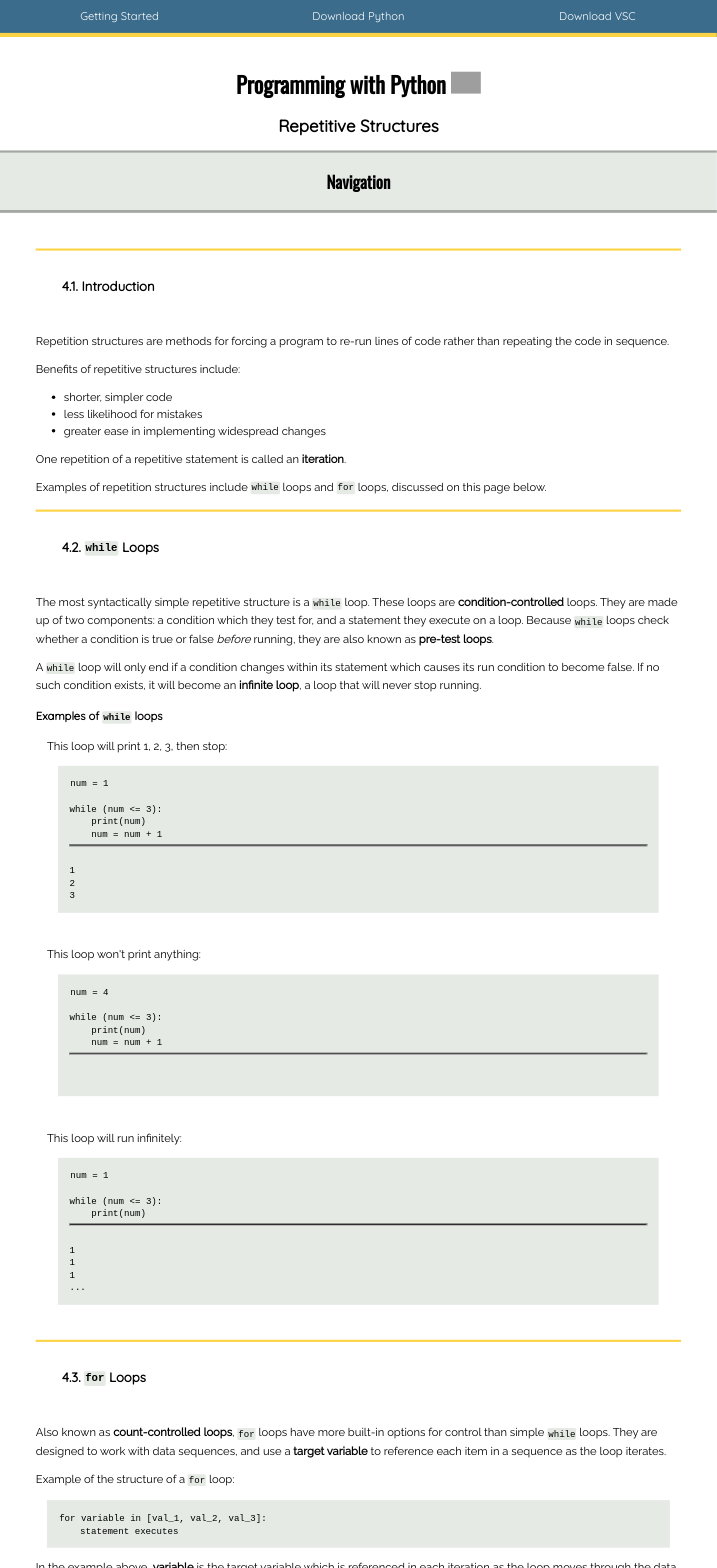
Repository: emnharris/FreeCodeCampChallenges
Page: responsive-web-design/technical-documentation-page/python-tutorial.html
An editor plug-in stored every save of this project. The page is shown before and after the next save, followed by the edit.
The browser window is 1024 px wide. The pictures show the part of the page from y = 0 to 2240 px (the page is 5917 px tall before and 5655 px after), at 70% of full size.
Pictures or frames that could not be fetched are drawn as grey boxes.

Above is the page before, as saved 2020-04-18 00:46:06.

### responsive-web-design/technical-documentation-page/python-tutorial.html
<!DOCTYPE html>
<html>
    <head>
        <!--Import fonts-->
        <link href="https://fonts.googleapis.com/css2?family=Oswald&family=Quicksand&family=Raleway&display=swap" rel="stylesheet">

        <!--Import stylesheet-->
        <link rel="stylesheet" type="text/css" href="python-tutorial.css">
    </head>

    <body>
        <title>
            Programming with Python: Repetition Structures
        </title>
        <navbar id="navbar">
            <h2><a href="https://github.com/emnharris/COSC-1336/wiki">Getting Started</a></h2>
            <h2><a href="https://www.python.org/downloads/" target="_blank">Download Python</a></h2>
            <h2><a href="https://code.visualstudio.com/download" target="_blank">Download VSC</a></h2>
        </navbar>
        <div class="sidebar" id="sidebar">
            <h2 class="nav-header">Navigation</h2>
            <h3><a href="#4.1">4.1. Introduction</a></h3>
            <h3><a href="#4.2">4.2. <code>while</code> Loops</a></h3>
            <h3><a href="#4.3">4.3. <code>for</code> Loops</a></h3>
            <h3><a href="#4.4">4.4. Running Totals</a></h3>
            <h3><a href="#4.5">4.5. Sentinels</a></h3>
            <h3><a href="#4.6">4.6. Input Validation Loops</a></h3>
            <h3><a href="#4.7">4.7. Nested Loops</a></h3>
            <button onclick="window.location.href = 'https://github.com/emnharris/COSC-1336/wiki/3.-Decision-Structures-and-Boolean-Logic';">&larr; Previous Lesson</button>
            <p><button onclick="window.location.href = 'https://github.com/emnharris/COSC-1336/wiki/5.-Functions';">&rarr; Next Lesson</button></p>
        </div>
        <header>
            <h1>Programming with Python
            <img src="https://www.stickpng.com/assets/images/5848152fcef1014c0b5e4967.png" alt="python logo" id="logo"></h1>
            <h2>Repetitive Structures</h2>
            <section class="dropdown" id="nav-drop">
                <h2 class="nav-header" style="text-align: center;">Navigation</h2>
                <div class="dropdown-content">
                <h3><a href="#4.1">4.1. Introduction</a></h3>
                <h3><a href="#4.2">4.2. <code>while</code> Loops</a></h3>
                <h3><a href="#4.3">4.3. <code>for</code> Loops</a></h3>
                <h3><a href="#4.4">4.4. Running Totals</a></h3>
                <h3><a href="#4.5">4.5. Sentinels</a></h3>
                <h3><a href="#4.6">4.6. Input Validation Loops</a></h3>
                <h3><a href="#4.7">4.7. Nested Loops</a></h3>
            </div>
            </section>
        </header>
        <main>
            <section id="4.1">
                <h3>4.1. Introduction </h3>
                <p>Repetition structures are methods for forcing a program to re-run lines of code rather than repeating the code in sequence.</p>

                <p>Benefits of repetitive structures include:</p>
                <ul>
                    <li>shorter, simpler code</li>
                    <li>less likelihood for mistakes</li>
                    <li>greater ease in implementing widespread changes</li>
                </ul>

                <p>One repetition of a repetitive statement is called an <b>iteration</b>.</p>

                <p>Examples of repetition structures include <code>while</code> loops and <code>for</code> loops, discussed on this page below.</p>
            </section>
            <section id="4.2">
                <h3>4.2. <code>while</code> Loops</h3>
                <p>The most syntactically simple repetitive structure is a <code>while</code> loop. These loops are <b>condition-controlled</b> loops. They are made up of two components: a condition which they test for, and a statement they execute on a loop. Because <code>while</code> loops check whether a condition is true or false <i>before</i> running, they are also known as <b>pre-test loops</b>.</p>

                <p>A <code>while</code> loop will only end if a condition changes within its statement which causes its run condition to become false. If no such condition exists, it will become an <b>infinite loop</b>, a loop that will never stop running.</p>

                <h4>Examples of <code>while</code> loops</h4>
                <div id="examples">
                    <div id="onetwothree">
                        <p>This loop will print 1, 2, 3, then stop:</p>
                        <div class="code-block">
                            <code>
                                num = 1
                                <br>
                                <br>while (num <= 3):
                                <br>&nbsp;&nbsp;&nbsp;&nbsp;print(num)
                                <br>&nbsp;&nbsp;&nbsp;&nbsp;num = num + 1
                                <br>
                                <hr>
                                <br>1
                                <br>2
                                <br>3
                            </code>
                        </div>
                    </div>
                    <div id="broken">
                        <p>This loop won't print anything:</p>
                        <div class="code-block">
                            <code>
                                num = 4
                                <br>
                                <br>while (num <= 3):
                                <br>&nbsp;&nbsp;&nbsp;&nbsp;print(num)
                                <br>&nbsp;&nbsp;&nbsp;&nbsp;num = num + 1
                                <hr>
                                <br>
                                <br>
                            </code>
                        </div>
                    </div>
                    <div id="infinite">
                        <p>This loop will run infinitely:</p>
                        <div class="code-block">
                            <code>
                                num = 1
                                <br>
                                <br>while (num <= 3):
                                <br>&nbsp;&nbsp;&nbsp;&nbsp;print(num)
                                <hr>
                                <br>1
                                <br>1
                                <br>1
                                <br>...
                            </code>
                        </div>
                    </div>
                </div>
            </section>
            <section id="4.3">
                <h3>4.3. <code>for</code> Loops</h3>
                <p>Also known as <b>count-controlled loops</b>, <code>for</code> loops have more built-in options for control than simple <code>while</code> loops. They are designed to work with data sequences, and use a <b>target variable</b> to reference each item in a sequence as the loop iterates.</p>

                <p>Example of the structure of a <code>for</code> loop:</p>
                <div class="code-block">
                    <code>
                        for variable in [val_1, val_2, val_3]:
                        <br>&nbsp;&nbsp;&nbsp;&nbsp;statement executes
                    </code>
                </div>
                <p>In the example above, <b>variable</b> is the target variable which is referenced in each iteration as the loop moves through the data sequence (<b>val_1, val_2, val_3</b>).</p>

                <p>A simple <code>for</code> loop:</p>
                <div class="code-block">
                    <code>
                        print('This program prints the first 5 prime numbers:')
                        <br>for num in [2, 3, 5, 7, 11]:
                        <br>&nbsp;&nbsp;&nbsp;&nbsp;print(num)
                        <hr>
                        <br>This program prints the first 5 prime numbers:
                        <br>2
                        <br>3
                        <br>5
                        <br>7
                        <br>11
                    </code>
                </div>

                <h4>4.3.1. The <code>range</code> function</h4>

                <p>This function returns an <b>iterable object</b>, or an object with a sequence of values that can be iterated over. For example, 5 can be iterated from 0 to 5 as 0, 1, 2, 3, 4.</p>

                <p>By default, the <code>range</code> function moves in increases of 1.</p>

                <p>Remember than when using range, the iterable object is considered the ending limit. That is to say, as in the above example, we stop iterating <i>before</i> 5, not <i>at</i> 5. It is non-inclusive to 5.</p>

                <p>There are several characteristics to <code>range</code> functions. One argument will be interpreted as the ending limit (non-inclusive). Two arguments will be interpreted as a starting value (inclusive) and an ending limit (non-inclusive). Three arguments will be interpreted as an additional step value.</p>

                <p>Begins at 1, goes up to 10, changes by 2:</p>
                <div class="code-block">
                    <code>
                        for num in range (1, 10, 2):
                        <br>&nbsp;&nbsp;&nbsp;&nbsp;print(num)
                        <hr>
                        <br>1
                        <br>3
                        <br>5
                        <br>7
                        <br>9
                    </code>
                </div>

                <p>Begins at 5, goes down to 1 in steps of 1:</p>
                <div class="code-block">
                    <code>
                        for star in range (5, 1, -1):
                        <br>&nbsp;&nbsp;&nbsp;&nbsp;print('*' * star)
                        <hr>
                        <br>*****
                        <br>****
                        <br>***
                        <br>**
                        <br>*
                    </code>
                </div>

                <h4>4.3.2. Calculations with the Target Variable</h4>
                <p>Because the target variable is assigned the values 1, then 2, then 3, etc. as a loop runs, it can be helpful to use it to run certain calculations using it.</p>

                <p>This program displays a table of square roots:</p>
                <div class="code-block">
                    <code>
                        for number in range(1, 6):
                        <br>&nbsp;&nbsp;&nbsp;&nbsp;square = number**2
                        <br>&nbsp;&nbsp;&nbsp;&nbsp;print(number, '\t', square)
                        <hr>
                        <br>1&nbsp;&nbsp;&nbsp;&nbsp;1
                        <br>2&nbsp;&nbsp;&nbsp;&nbsp;4
                        <br>3&nbsp;&nbsp;&nbsp;&nbsp;9
                        <br>4&nbsp;&nbsp;&nbsp;&nbsp;16
                        <br>5&nbsp;&nbsp;&nbsp;&nbsp;25
                    </code>
                </div>
                <section id="4.4">
                <h3>4.4. Running Totals</h3>
                <p>Running totals can be executed by initializing an **accumulator variable** and using a loop. The accumulator is what holds the total, which is added to with each loop. The accumulator must be initialized, and set to 0, or the total will not be accurate.</p>

                <p>Calculates the sum of 5 numbers:</p>
                <div class="code-block">
                    <code>
                        MAX = 5
                        <br>total = 0
                        <br>for counter in range (MAX):
                        <br>&nbsp;&nbsp;&nbsp;&nbsp;number = int(input('Enter a number: ')
                        <br>&nbsp;&nbsp;&nbsp;&nbsp;total += number
                        <br>print('Total:',total)
                        <hr>
                        <br>Enter a number: 1
                        <br>Enter a number: 2
                        <br>Enter a number: 3
                        <br>Enter a number: 4
                        <br>Enter a number: 5
                        <br>Total: 15
                    </code>
                </div>

                <h4>4.4.1. Augmented Assignment Operators</h4>
                <p>Common operations such as <code>x = x + 1</code> can be shortened in Python. This works with numbers and variables (e.g., <code>total += number</code>).</p>
                <table>
                    <tr>
                        <th>
                            Operator
                        </th>
                        <th>
                            Example
                        </th>
                    </tr>
                    <tr>
                        <td>
                            <code>+=</code>
                        </td>
                        <td>
                            <code>x += 1</code> is equivalent to <code>x = x + 1</code>
                        </td>
                    </tr>
                    <tr>
                        <td>
                            <code>-=</code>
                        </td>
                        <td>
                            <code>x -= 1</code> is equivalent to <code>x = x - 1</code>
                        </td>
                    </tr>
                    <tr>
                        <td>
                            <code>*=</code>
                        </td>
                        <td>
                            <code>x *= 1</code> is equivalent to <code>x = x * 1</code>
                        </td>
                    </tr>
                    <tr>
                        <td>
                            <code>/=</code>
                        </td>
                        <td>
                            <code>x /= 1</code> is equivalent to <code>x = x / 1</code>
                        </td>
                    </tr>
                    <tr>
                        <td>
                            <code>%=</code>
                        </td>
                        <td>
                            <code>x %= 1</code> is equivalent to <code>x = x % 1</code>
                        </td>
                    </tr>
                </table>
            </section>

            <section id="4.5">
                <h3>4.5. Sentinels</h3>
                <p>A <b>sentinel</b> is a special value that marks the end of a sequence of values. When a program reads the sentinel value, it knows it has reached the end of the sequence, so the loop terminates. Sentinels are useful when the programmer does not know how many values are going to be input, and it would be cumbersome to ask after every iteration whether the user has more data.</p>

                <p>Note, a sentinel value must be distinct enough that it cannot be mistaken as a regular value in the sequence. An example of a distinct sentinel would be using a negative value when asking for student grades, because a negative score is impossible.</p>

            </section>
            <section id="4.6">
                <h3>4.6. Input Validation Loops</h3>
                <p>Data output can only be as good as data input, so data validation is frequently an important component of writing a program. <b>Input validation</b> is data validation that runs when the user inputs data into a program. If the input is invalid, the program will discard it and prompt the user for valid data instead. The program should loop until valid data is entered.</p>

                <p>The input that is received by the program just before input validation runs is called the <b>priming read</b>. Its purpose is to get the first input value to be tested by the validation loop.</p>

                <p>Example with the priming read commented:</p>
                <div class="code-block">
                    <code>
                score = int(input('Enter a score: '))&nbsp;&nbsp;&nbsp;&nbsp;#priming read
                <br>while score < 0 or score > 100:
                    <br>&nbsp;&nbsp;&nbsp;&nbsp;print('ERROR')
                    <br>&nbsp;&nbsp;&nbsp;&nbsp;score = int(input('Enter a score: '))
                    </code>
                    </div>

            </section>
            <section id="4.7">
                <h3>4.7. Nested Loops</h3>
                <p>A loop within a loop is a nested loop. A good example would be a program which simulates a clock.</p>

                <p>Clock simulation:</p>
                <div class="code-block">
                    <code>
                    for hours in range (24):
                    <br>&nbsp;&nbsp;&nbsp;&nbsp;for minutes in range (60):
                    <br>&nbsp;&nbsp;&nbsp;&nbsp;&nbsp;&nbsp;&nbsp;&nbsp;for seconds in range (60):
                    <br>&nbsp;&nbsp;&nbsp;&nbsp;&nbsp;&nbsp;&nbsp;&nbsp;&nbsp;&nbsp;&nbsp;&nbsp;print(minutes,':',seconds)
                    <hr>
                    <br># This program will count through every second for 24 hours!
                    </code>
                </div>
                <p>The innermost loop will iterate 60 times for each loop of the middle loop, which will in turn iterate 60 times for the next loop, which will iterate 24 times for the outside loop!</p>

                <p>Therefore, we can say the following about nested loops:</p>
                <ul>
                    <li>
                        the inner loop goes through every iteration of the outer loops
                    </li>
                    <li>
                        inner loops complete iterations faster than outer loops
                    </li>
                    <li>
                        to get the total iterations of a nested loop, multiple the number of iterations of all the loops in a nest
                    </li>
                </ul>
            </section>
        </main>
    </body>
</html>

### responsive-web-design/technical-documentation-page/python-tutorial.css
/* body styling */
code {
    background-color: rgb(229, 234, 229);
    padding: .1em;
    border-radius: 10%;
}
.code-block {
    background-color: rgb(229, 234, 229);
    padding: 1em;
    min-width: 160px;
    margin: 1em;
}
hr {
    height: 1px;
    background-color: black;
}
body {
    margin: 0px;
}
main {
    margin: 5%;
    margin-left: 400px;
}
a {
    color: white;
    text-decoration: none;
}
h1 {
    font-family: 'Oswald', sans-serif;
    text-align: center;
}
h2 {
    font-family: 'Quicksand', sans-serif;
    text-align: center;
    text-decoration: none;
}
h2 > a {
    text-decoration: none;
}
h2 > a:hover {
    text-decoration: underline;
}


h3, h4 {
    font-family: 'Quicksand', sans-serif;
}
p, li, td {
    font-family: 'Raleway', sans-serif;
    line-height: 1.5em;
}
th {
    font-family: 'Raleway', sans-serif;
    line-height: 1.5em;
    font-style: bold;
}
table {
    width: 100%;
    border: rgb(252, 211, 68) 6px solid;
    padding: .5em;
}

/* navbar styling */
#navbar {
    background-color: rgb(60, 108, 140);
    display: grid;
    grid-template-columns: 1fr 1fr 1fr;
    align-items: center;
    text-align: center;
    border-bottom: rgb(252, 211, 68) 6px solid;
    width: 100%;
    z-index: 2;
    position: fixed;
    top: 0;
    left: 0;
}

#navbar > h2 {
    font-size: 1em;
    color: white;
    font-weight: 400;
    text-decoration: none;
}

#navbar > a {
    text-decoration: none;
    color: white;
}

#navbar > a:hover {
    text-decoration: underline;
}
.nav-header {
    font-family: 'Oswald', sans-serif;
    text-align: left;
}


/* sidebar styling */
.sidebar {
    height: 100%;
    width: 300px;
    position: fixed;
    z-index: 1;
    left: 0;
    top: 0;
    padding-top: 90px;
    padding-left: 50px;
    overflow-x: hidden;
    background: linear-gradient(180deg, #e5eae5, #a3a8a3);
    transition: 0.5s;
}
h3 > a {
    text-decoration: none;
    color: black;
    transition: 0.3s;
}
h3 > a:hover {
    color:#3c6c8c;
    text-decoration: underline;
}
button {
    background-color: rgb(60, 108, 140);
    color: white;
    font-family: Raleway;
    font-size: 1em;
    padding: .3em;
}
button:hover {
    background-color: #769fc0;
}


/* header styling */
header {
    padding-top: 75px;
}
#logo {
    height: 1em;
    width: auto;
}

/* dropdown */
#nav-drop {
    display: none;

}
.dropdown {
    position: relative;
    display: inline-block;
    text-align: center;
}

.dropdown-content {
    display: none;
    position: absolute;
    background-color: #e5eae5;
    width: 100%;
    /* box-shadow: 0px 8px 16px 0px rgba(0,0,0,0.2); */
    padding: 12px 16px;
    z-index: 1;
}

.dropdown:hover .dropdown-content {
    display: block;
    border-bottom: #a3a8a3 3px solid;
}

#examples {
    display: grid;
    grid-template-columns: 1fr 1fr 1fr;
    grid-template-rows: 1;
    grid-gap: 20px;
    align-items: baseline;
}
#onetwothree {
    align-items: center;
    padding: 1em;
    padding-top: 0em;
}
#broken {
    align-items: center;
    padding: 1em;
    padding-top: 0em;
}
#infinite {
    align-items: center;
    padding: 1em;
    padding-top: 0em;
}

@media (max-width: 1670px)
{
    #examples {
        display: block;
        position: relative;
    }
    .sidebar {
        display: hide;
        /* align-items: center;
        grid-template-columns: repeat(auto-fit, minmax(140px, 1fr));
        width: 100%;
        height: 50px;
        position: fixed;
        bottom: 0;
        left: 0;
        padding-top: 50%; */
    }
}

@media (max-width: 1200px)
{
    #sidebar {
        display: none;
    }
    main {
        margin: 5%;
    }
    #nav-drop {
        display: block;
        background-color: #e5eae5;
        padding: .2em;
        border-top: #a3a8a3 3px solid;
        border-bottom: #a3a8a3 4px solid;
    }
    h3 {
        font-family: 'Quicksand', sans-serif;
        border-top: rgb(252, 211, 68) 3px solid;
        padding: 2em;
    }
    table {
        width: 100%;
    }
}

After the next save:
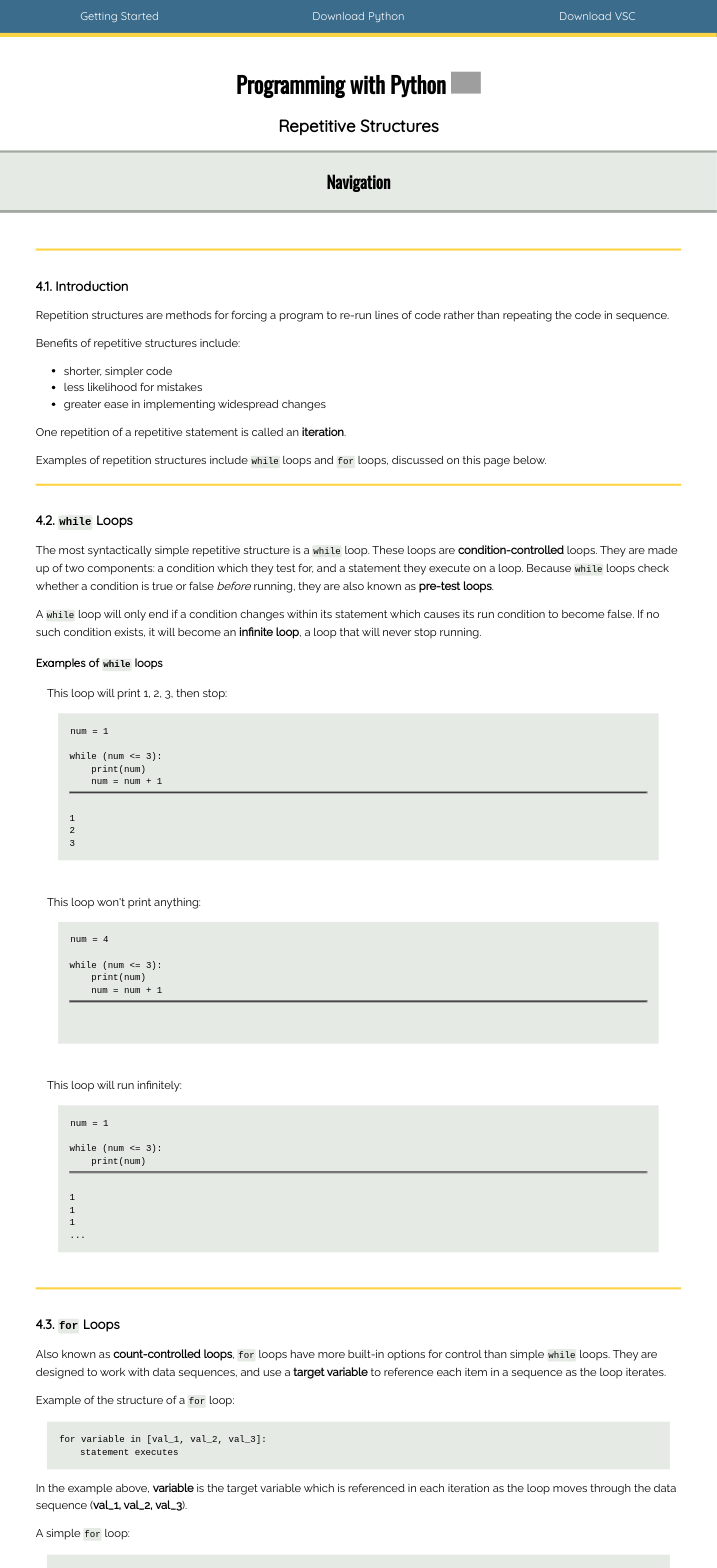
Saved 11 s later.
--- a/responsive-web-design/technical-documentation-page/python-tutorial.css
+++ b/responsive-web-design/technical-documentation-page/python-tutorial.css
@@ -226,7 +226,7 @@
     h3 {
         font-family: 'Quicksand', sans-serif;
         border-top: rgb(252, 211, 68) 3px solid;
-        padding: 2em;
+        padding-top: 2em;
     }
     table {
         width: 100%;
